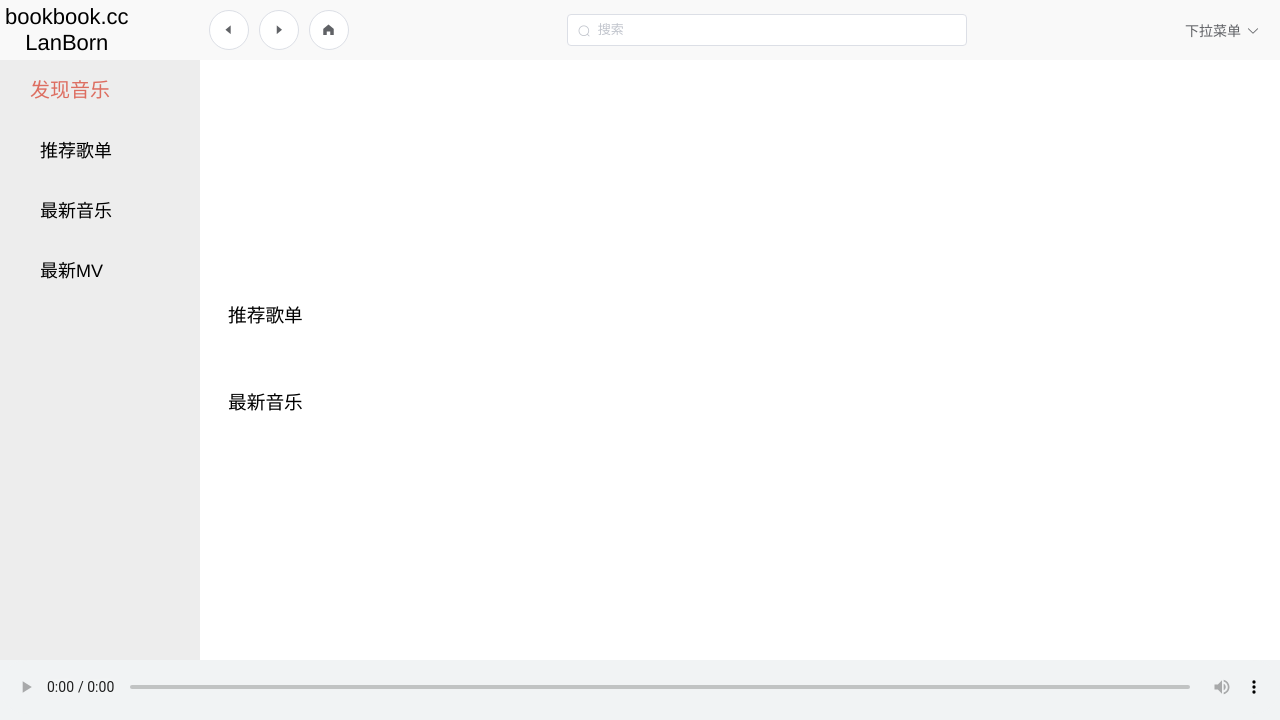
Repository: Lanborn/cloud_music
Page: /
These files come from the project's save history. The page is drawn as it stood at one moment and after a run of saves; the edit follows.
The browser window is 1280 px wide. The pictures show the whole page.
The page's requests for data from a server got no answer. An inner scrolling area shows only its first screen. The project was rebuilt for these pictures with package versions that can differ from the ones it lists, and the page was loaded fresh each time. No one was signed in, and anything a server would have sent is missing. Also part of the build but not shown: vue.config.js, src/components/playlists.vue, src/components/songs.vue, src/components/mvs.vue, src/components/result.vue, src/components/playlist.vue, src/components/mv.vue.

Above is the page before, as saved 2021-12-11 00:25:49.

After the next 7 saves:
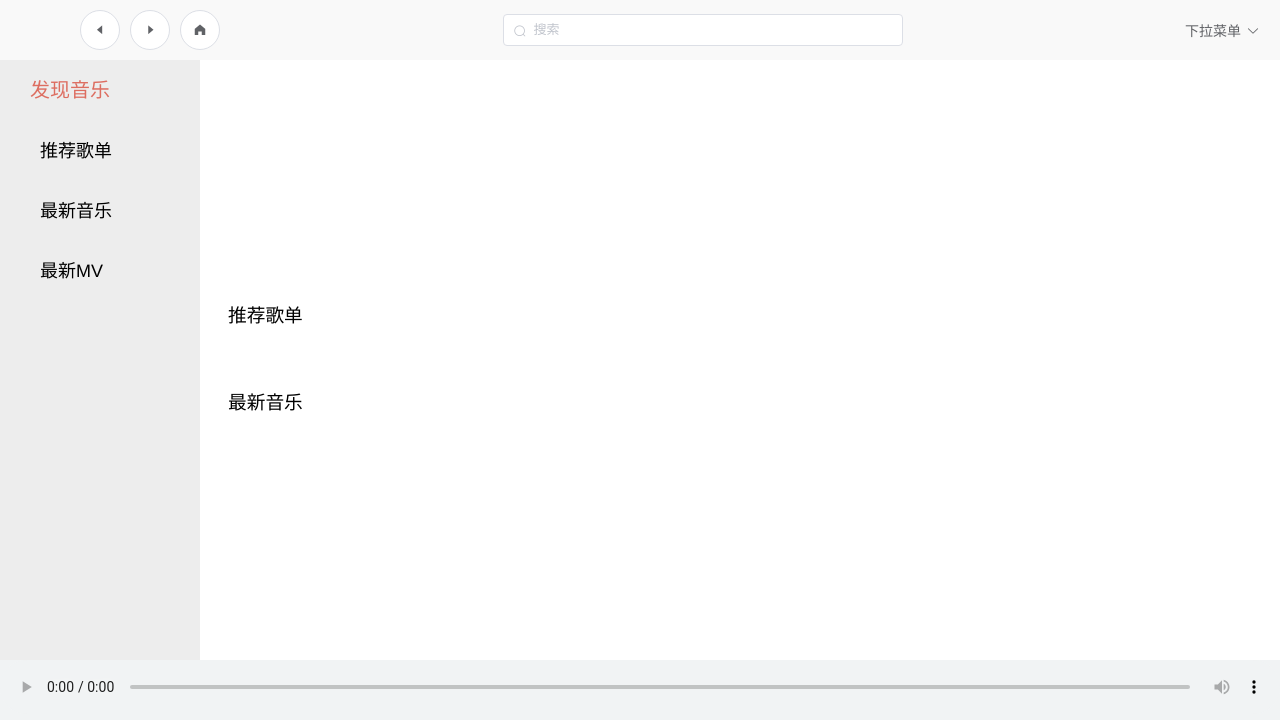
The 7 saves are shown as one change because they came seconds apart.
The last was saved 16 s later.
--- a/src/views/top.vue
+++ b/src/views/top.vue
@@ -3,10 +3,9 @@
     <div class="left-box">
       <div class="icon-wrapper">
         <el-tooltip class="item" :enterable="false" effect="dark" content="去主页：www.bookbook.cc" placement="right">
-        <a href="https://www.bookbook.cc" target="blank">bookbook.cc</a>
-      </el-tooltip>
-        <img src="" alt="">
-        <a class="el-tooltip item" href="https://lanborn.github.io/Vueprs/">LanBorn</a>
+          <img src="" alt="">
+          <a class="el-tooltip item" href="https://lanborn.github.io/Vueprs/">LanBorn</a>
+        </el-tooltip>
       </div>
       <div class="history-wrapper">
         <el-button @click="backLast" icon="el-icon-caret-left" circle></el-button>
